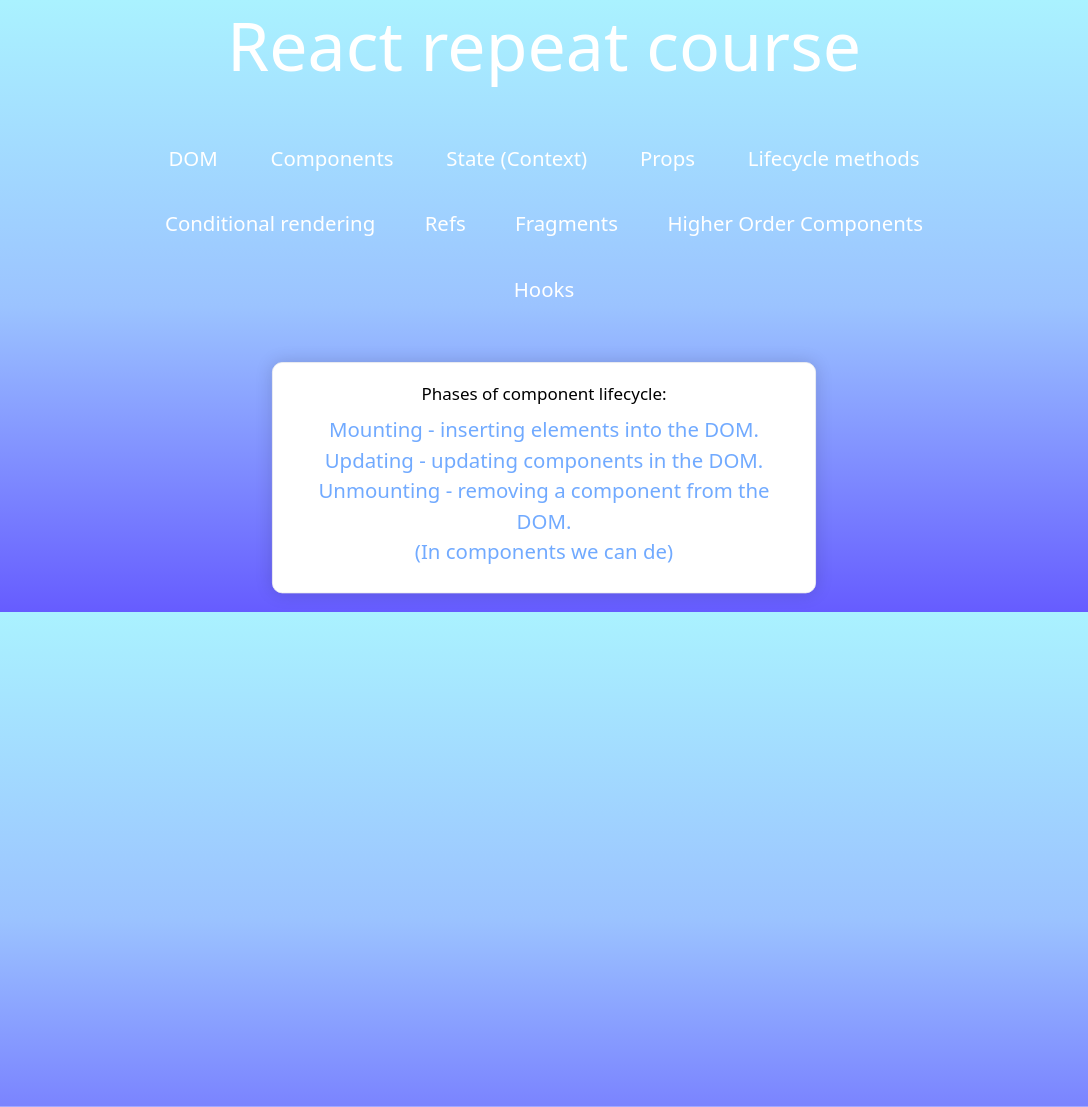
Repository: michalgornicki/github
Page: /#/Lifecycle
These files come from the project's save history. The page is drawn as it stood at one moment and after a run of saves; the edit follows.
The browser window is 1280 px wide. The pictures show the whole page, at 85% of full size.
Backgrounds fixed to the window are drawn as part of the page. The project was rebuilt for these pictures with package versions that can differ from the ones it lists, and the page was loaded fresh each time. Also part of the build but not shown: src/components/dom.jsx, src/components/components.jsx, src/components/state.jsx, src/components/props.jsx, src/components/conditional.jsx, src/components/refs.jsx, src/components/fragments.jsx, src/components/hoc.jsx and 1 more.

Above is the page before, as saved 2022-02-07 13:07:56.

### src/App.jsx
import React from "react";
import "./App.css";
import "bootstrap/dist/css/bootstrap.min.css";
import { Route, HashRouter as Router, Routes, Link } from "react-router-dom";
import DOM from "./components/dom.jsx";
import Components from "./components/components.jsx";
import State from "./components/state.jsx";
import Props from "./components/props.jsx";
import Lifecycle from "./components/lifecycle.jsx";
import Conditional from "./components/conditional.jsx";
import Refs from "./components/refs.jsx";
import Fragments from "./components/fragments.jsx";
import HOC from "./components/hoc.jsx";
import Hooks from "./components/hooks.jsx";

const App = () => {
  return (
    <Router>
      <div className="text-center">
        <div className="display-1 mt-1 mb-5 text-white">React repeat course</div>

        <div className="h4 d-flex w-75 m-auto my-5 justify-content-evenly flex-wrap text-white">
          <Link className="link-style m-3" to="/">
            DOM
          </Link>
          <Link className="link-style m-3" to="/Components">
            Components
          </Link>
          <Link className="link-style m-3" to="/State">
            State (Context)
          </Link>
          <Link className="link-style m-3" to="/Props">
            Props
          </Link>
          <Link className="link-style m-3" to="/Lifecycle">
            Lifecycle methods
          </Link>
          <Link className="link-style m-3" to="/Conditional">
            Conditional rendering
          </Link>
          <Link className="link-style m-3" to="/Refs">
            Refs
          </Link>
          <Link className="link-style m-3" to="/Fragments">
            Fragments
          </Link>
          <Link className="link-style m-3" to="/HOC">
            Higher Order Components
          </Link>
          <Link className="link-style m-3" to="/Hooks">
            Hooks
          </Link>
        </div>

        <Routes>
          <Route path="/" element={<DOM />} />
          <Route path="/Components" element={<Components />} />
          <Route path="/State" element={<State />} />
          <Route path="/Props" element={<Props />} />
          <Route path="/Lifecycle" element={<Lifecycle />} />
          <Route path="/Conditional" element={<Conditional />} />
          <Route path="/Refs" element={<Refs />} />
          <Route path="/Fragments" element={<Fragments />} />
          <Route path="/HOC" element={<HOC />} />
          <Route path="/Hooks" element={<Hooks />} />
        </Routes>
      </div>
    </Router>
  );
};

export default App;

### src/App.css
@import url('https://fonts.googleapis.com/css2?family=Catamaran:wght@400&display=swap');

body{
    font-family: 'Catamaran', sans-serif;
    overflow-x: hidden;
    padding-bottom: 80vh;
    height: auto;
    background: linear-gradient(rgb(170, 242, 255), rgb(155, 195, 255), rgb(102, 92, 255));
    background-attachment: fixed;
}

.js-item{
    color:rgb(0, 0, 0);
    font-size: 1.25rem;
    background-color: white;
    transition: 0.2s;
    padding: 3vh;
    margin-bottom: 4vh!important;
    border: 1px solid rgb(240, 240, 240);
    width: 50%;
    margin-left: auto;
    margin-right: auto;
    box-shadow: 0px 0px 20px rgba(0, 0, 0, 0.15);
    border-radius: 0.75rem;
}

.js-item:hover{
    cursor: pointer;
    background-color: rgb(240, 240, 240);
}

.text-color{
    margin: auto;
    padding: 0.5rem;
    width: fit-content;
    color:rgb(113, 170, 255)!important;
    font-size: 1.5rem;
    border-radius: 1rem;
}

.link-style{
    color: inherit;
    text-decoration: inherit;
    padding: 0.5rem;
    border-radius: 0.5rem;
}

.link-style:hover{
    color: rgb(113, 170, 255);
    text-decoration: inherit;
}

@media only screen and (max-device-width: 600px), (max-width: 600px) {

    .js-item{
        width: 95%;
    }

}

### src/components/lifecycle.jsx
const Lifecycle = () => {
  return (
    <div className="">
      <div className="js-item">
        {" "}
        <div className="">Phases of component lifecycle: </div>
        <div className="text-color">
          {`Mounting - inserting elements into the DOM.`} <br />
          {`Updating - updating components in the DOM.`} <br />
          {`Unmounting - removing a component from the DOM.`}{" "} <br />
          (In components we can de)
        </div>{" "}

      </div>
    </div>
  );
};

export default Lifecycle;

Loaded but not shown: public/index.html (common file); src/index.js (common file); src/index.css (common file); src/reportWebVitals.js (common file)

After the next 2 saves:
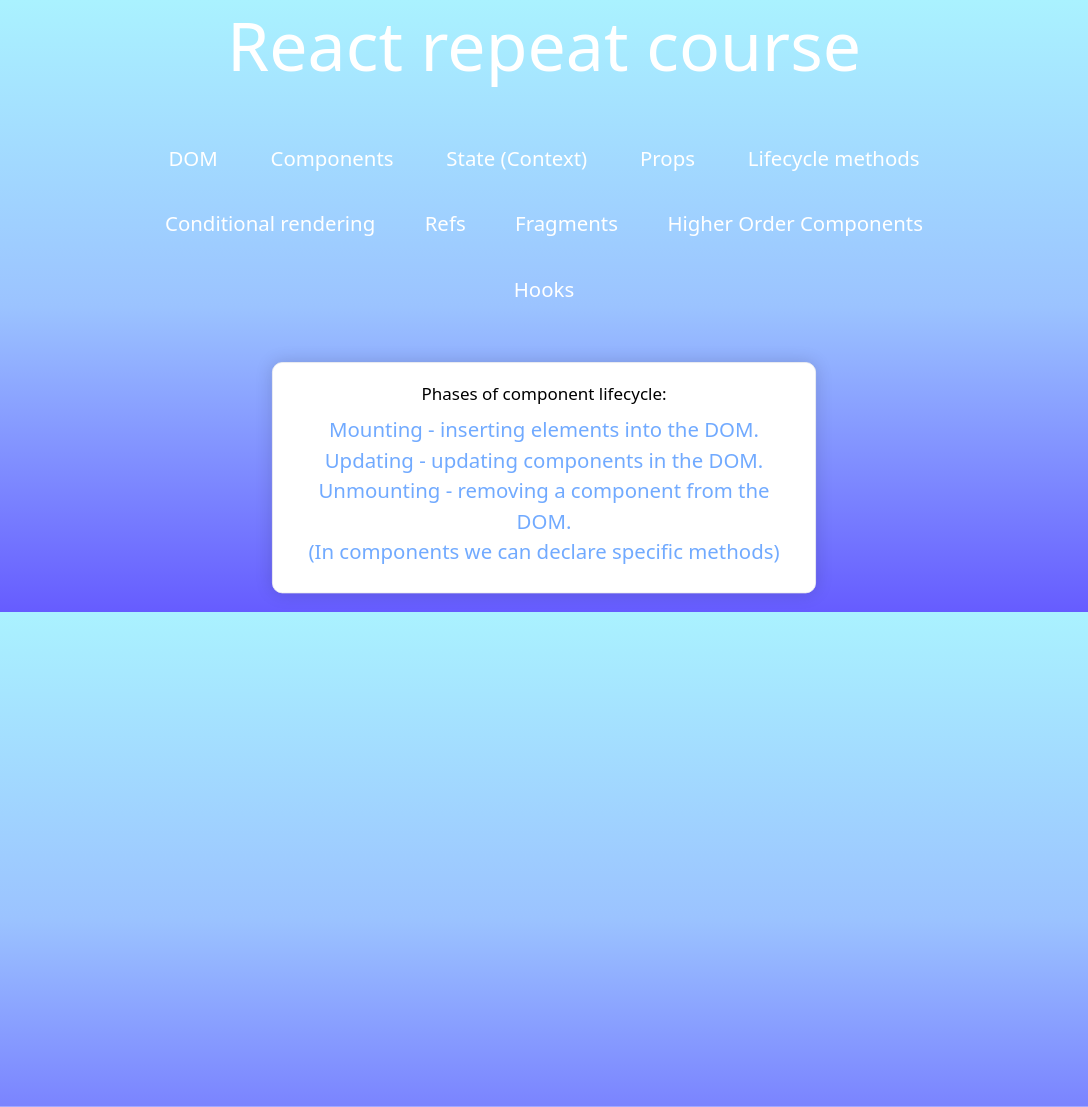
The 2 saves are shown as one change because they came seconds apart.
The last was saved 7 s later.
--- a/src/components/lifecycle.jsx
+++ b/src/components/lifecycle.jsx
@@ -8,7 +8,7 @@
           {`Mounting - inserting elements into the DOM.`} <br />
           {`Updating - updating components in the DOM.`} <br />
           {`Unmounting - removing a component from the DOM.`}{" "} <br />
-          (In components we can de)
+          (In components we can declare specific methods)
         </div>{" "}
 
       </div>
